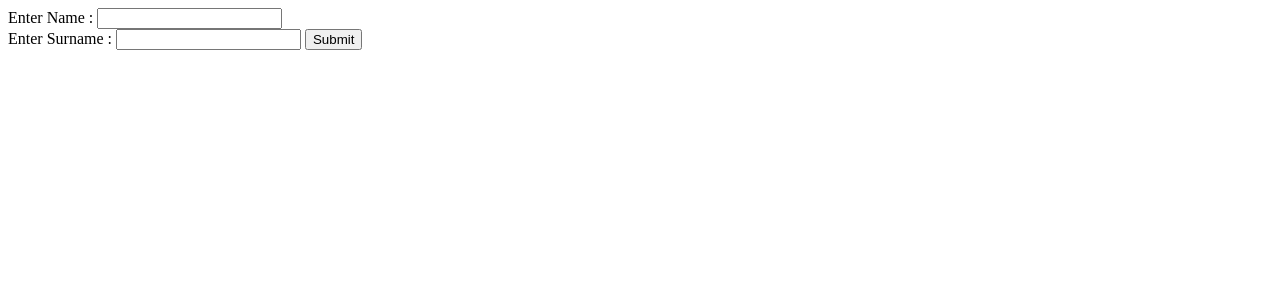
Repository: PhMandar/eclipse_oxy_ws
Page: SimpleServletProject/WebContent/SimpleForm.html
An editor plug-in stored every save of this project. The page is shown before and after the next save, followed by the edit.
The browser window is 1280 px wide. The pictures show the whole page.

Above is the page before, as saved 2017-12-07 03:40:57.

After the next save:
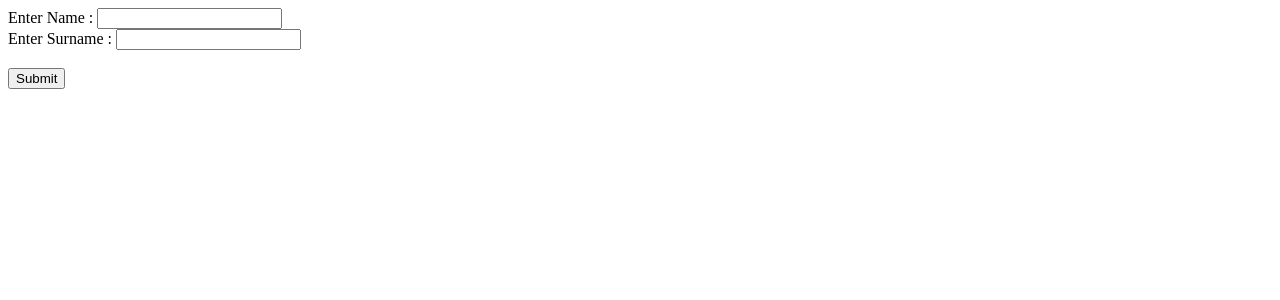
Saved 10 s later.
--- a/SimpleServletProject/WebContent/SimpleForm.html
+++ b/SimpleServletProject/WebContent/SimpleForm.html
@@ -8,7 +8,7 @@
 	<form method="post" action="SimpleServletTestURL">
 		Enter Name : <input name="userName"/> </br>
 		Enter Surname : <input name="surName"/>
-
+		</br></br>
 		<input type="submit"/>
 	</form>
 </body>
